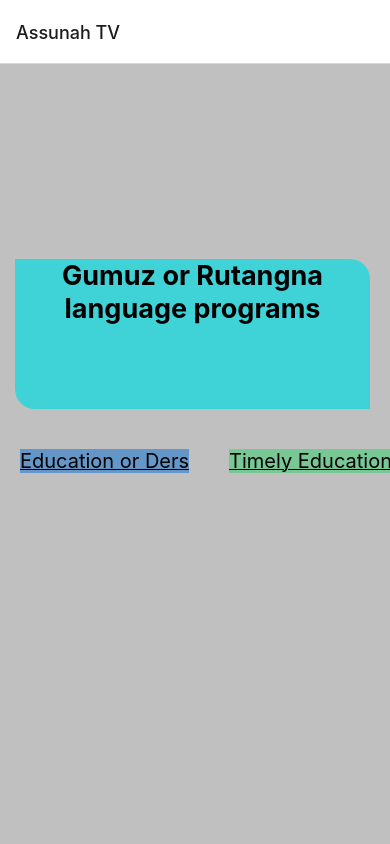
Repository: abdurehmanali611/Assunah_TV
Screen: /Gumuz
The author's editor kept a copy of each file at every save. The screen is drawn from the files as they stood at one save, then again after the next save.
The app was drawn by React Native's web renderer in a window 390 px wide. The project was rebuilt for these pictures with package versions that can differ from the ones it lists, and the page was loaded fresh each time. Also part of the build but not shown: Constants/Home.js, Constants/AboutUs.js, Constants/Contacts.js, Constants/AssunahFolder.js, Constants/AssunahKids.js, Constants/AdditionalExtra.js, Constants/Qiratcenter.js, Programs/AmharicPrograms.js and 29 more.

Above is the screen before, as saved 2024-01-08 23:40:08.

### App.js
import { createStackNavigator } from "@react-navigation/stack";
import { NavigationContainer } from "@react-navigation/native";

import Home from "./Constants/Home";
import AboutUs from "./Constants/AboutUs";
import Contacts from "./Constants/Contacts";
import AssunahFolder from "./Constants/AssunahFolder";
import AssunahKids from "./Constants/AssunahKids";
import AdditionalExtra from "./Constants/AdditionalExtra";
import Qiratcenter from "./Constants/Qiratcenter";
import AmharicPrograms from './Programs/AmharicPrograms'
import ArabicPrograms from './Programs/ArabicPrograms'
import AffanOromo from './Programs/AffanOromo'
import Afar from './Programs/Afar'
import Ethio_Somali from './Programs/Ethio_Somali'
import Gumuz from './Programs/Gumuz'
import Hadere from './Programs/Hadere'
import Halaba from './Programs/Halaba'
import Tigrigna from './Programs/Tigrigna'
import LoginQirat from "./Assunah_Qirat_Center/LoginQirat";
import LoginQirat2 from "./Assunah_Qirat_Center/LoginQirat2";
import Logged from "./Assunah_Qirat_Center/Logged";
import Afarlink from "./Program_Links/Afarlink";
import AffanOromolink from "./Program_Links/AffanOromolink";
import Amhariclink from "./Program_Links/Amhariclink";
import Arabiclink from "./Program_Links/Arabiclink";
import EthioSomalilink from "./Program_Links/EthioSomalilink";
import Gumuzlink from "./Program_Links/Gumuzlink";
import Haderelink from "./Program_Links/Haderelink";
import Halabalink from "./Program_Links/Halabalink";
import Tigraylink from "./Program_Links/Tigraylink";
import Support from "./Additional/Support";
import Help from "./Additional/Help";
import Rate from "./Additional/Rate";
import Amhariclink_2 from "./Program_Links/Amhariclink_2";
import Amhariclink_3 from "./Program_Links/Amhariclink_3";
import Amhariclink_4 from "./Program_Links/Amhariclink_4";
import Amhariclink_5 from "./Program_Links/Amhariclink_5";
import AffanOromolink_2 from "./Program_Links/AffanOromolink_2";
import Siltgnalink from "./Program_Links/Siltgnalink";
import Siltgna from "./Programs/Siltgna";

const stack = createStackNavigator();

const App = () => {

  return (
    <NavigationContainer>
      <stack.Navigator initialRouteName="Gumuz" >
         <stack.Screen name="Home" component={Home} options={{title: 'Assunah TV'}}/>
         <stack.Screen name="Qirat" component={Qiratcenter} options={{title: 'Assunah TV'}}/>
         <stack.Screen name="About" component={AboutUs} options={{title: 'Assunah TV'}}/>
         <stack.Screen name="Contact" component={Contacts} options={{title: 'Assunah TV'}}/>
         <stack.Screen name="Assunah" component={AssunahFolder} options={{title: 'Assunah TV'}}/>
         <stack.Screen name="Kids" component={AssunahKids} options={{title: 'Assunah TV'}}/>
         <stack.Screen name="Extra" component={AdditionalExtra} options={{title: 'Assunah TV'}}/>
         <stack.Screen name="Amharic" component={AmharicPrograms} options={{title: 'Assunah TV'}}/>
         <stack.Screen name="Arabic" component={ArabicPrograms} options={{title: 'Assunah TV'}}/>
         <stack.Screen name="Oromo" component={AffanOromo} options={{title: 'Assunah TV'}}/>
         <stack.Screen name="Afar" component={Afar} options={{title: 'Assunah TV'}}/>
         <stack.Screen name="Somali" component={Ethio_Somali} options={{title: 'Assunah TV'}}/>
         <stack.Screen name="Gumuz" component={Gumuz} options={{title: 'Assunah TV'}}/>
         <stack.Screen name="siltgna" component={Siltgna} options={{title: 'Assunah TV'}}/>
         <stack.Screen name="Halaba" component={Halaba} options={{title: 'Assunah TV'}}/>
         <stack.Screen name="Tigray" component={Tigrigna} options={{title: 'Assunah TV'}}/>
         <stack.Screen name="hadere" component={Hadere} options={{title: 'Assunah TV'}}/>
         <stack.Screen name="Login" component={LoginQirat} options={{title: 'Assunah TV'}}/>
         <stack.Screen name="Login2" component={LoginQirat2} options={{title: 'Assunah TV'}}/>
         <stack.Screen name="Logged" component={Logged} options={{title: 'Assunah TV'}}/>
         <stack.Screen name="Afarlink" component={Afarlink} options={{title: 'Assunah TV'}}/>
         <stack.Screen name="Oromolink" component={AffanOromolink} options={{title: 'Assunah TV'}}/>
         <stack.Screen name="Oromolink2" component={AffanOromolink_2} options={{title: 'Assunah TV'}}/>
         <stack.Screen name="Amhariclink" component={Amhariclink} options={{title: 'Assunah TV'}}/>
         <stack.Screen name="Amhariclink2" component={Amhariclink_2} options={{title: 'Assunah TV'}}/>
         <stack.Screen name="Amhariclink3" component={Amhariclink_3} options={{title: 'Assunah TV'}}/>
         <stack.Screen name="Amhariclink4" component={Amhariclink_4} options={{title: 'Assunah TV'}}/>
         <stack.Screen name="Amhariclink5" component={Amhariclink_5} options={{title: 'Assunah TV'}}/>
         <stack.Screen name="Arabiclink" component={Arabiclink} options={{title: 'Assunah TV'}}/>
         <stack.Screen name="EthioSomalilink" component={EthioSomalilink} options={{title: 'Assunah TV'}}/>
         <stack.Screen name="Gumuzlink" component={Gumuzlink} options={{title: 'Assunah TV'}}/>
         <stack.Screen name="siltgnalink" component={Siltgnalink} options={{title: 'Assunah TV'}}/>
         <stack.Screen name="Halabalink" component={Halabalink} options={{title: 'Assunah TV'}}/>
         <stack.Screen name="Haderelink" component={Haderelink} options={{title: 'Assunah TV'}}/>
         <stack.Screen name="Tigraylink" component={Tigraylink} options={{title: 'Assunah TV'}}/>
         <stack.Screen name="support" component={Support} options={{title: 'Assunah TV'}}/>
         <stack.Screen name="help" component={Help} options={{title: 'Assunah TV'}}/>
         <stack.Screen name="rate" component={Rate} options={{title: 'Assunah TV'}}/>
      </stack.Navigator>
    </NavigationContainer>

  )
};

export default App;

### Programs/Gumuz.js
import React from "react";
import { View, Text, ScrollView, StyleSheet } from "react-native";
import { Link } from "@react-navigation/native";

const Gumuz = () => {

    return(
        <View style = {{backgroundColor: 'silver',flex: 1,justifyContent: 'flex-start'}}>
            <View>
            <Text style = {styles.header}>
               Gumuz or Rutangna language programs
            </Text>
            <View style = {{alignItems: 'center'}}>
            <ScrollView horizontal>
                <Link
                style = {{backgroundColor: `rgb(100,150,200)`,marginHorizontal: 20,textDecorationLine: 'underline'}}
                to={'/Gumuzlink'}>
                <Text style = {{fontSize: 20}}>Education or Ders</Text>
                </Link>
                <Link
                style = {{backgroundColor: `rgb(120,200,150)`,marginHorizontal: 20,textDecorationLine: 'underline'}}
                to={'/Gumuzlink'}>
                <Text style = {{fontSize: 20}}>Timely Education</Text>
                </Link>
            </ScrollView>
            </View>
        </View>
        </View>
    )
}

const randomRGB = () => {

    const red = Math.floor(Math.random() * 256)
    const green = Math.floor(Math.random() * 256)
    const blue = Math.floor(Math.random() * 256)

    return `rgb(${red},${green},${blue})`
}

const styles = StyleSheet.create ({
    link: {
        backgroundColor: randomRGB(),
        marginHorizontal: 20,
        width: 300,
        marginVertical: 10,
        height: 70,
        textAlignVertical: 'center',
        textAlign: 'center',
        borderTopRightRadius: 30,
        borderBottomLeftRadius: 30
    },
    header: {
        fontSize: 27,
        fontWeight: 'bold',
        textAlign: 'center',
        marginTop: '50%',
        marginBottom: 40,
        backgroundColor: randomRGB(),
        width: 355,
        marginHorizontal: 15,
        borderBottomLeftRadius: 20,
        borderTopRightRadius: 20,
        height: 150,
        textAlignVertical: 'center'
    }
})


export default Gumuz

After the next save:
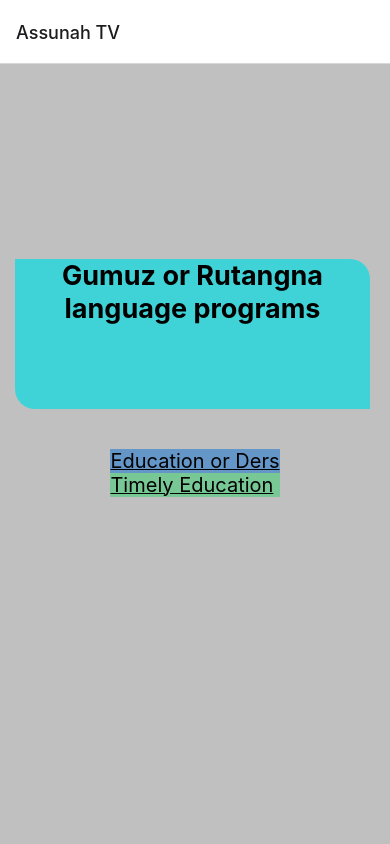
Saved 8 s later.
--- a/Programs/Gumuz.js
+++ b/Programs/Gumuz.js
@@ -11,7 +11,7 @@
                Gumuz or Rutangna language programs
             </Text>
             <View style = {{alignItems: 'center'}}>
-            <ScrollView horizontal>
+            <ScrollView >
                 <Link
                 style = {{backgroundColor: `rgb(100,150,200)`,marginHorizontal: 20,textDecorationLine: 'underline'}}
                 to={'/Gumuzlink'}>
